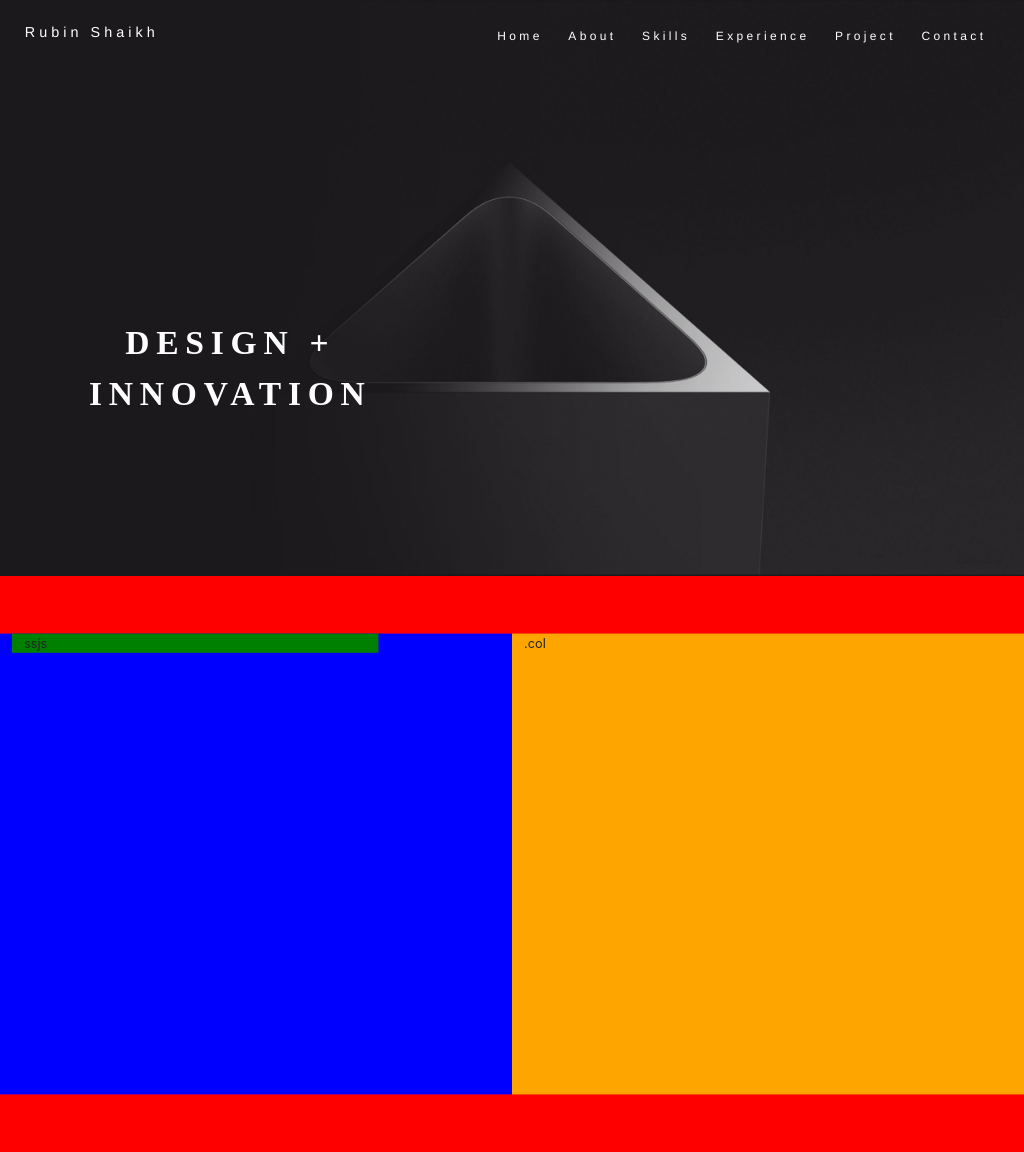
Repository: Rubin78/My-Portfolio
Page: /second
An editor plug-in stored every save of this project. The page is shown before and after a run of saves, followed by the edit.
The browser window is 1280 px wide. The pictures show the whole page, at 80% of full size.
The project was rebuilt for these pictures with package versions that can differ from the ones it lists, and the page was loaded fresh each time. Also part of the build but not shown: src/components/First/First.module.css, src/components/First/First.js, src/components/Third.js.

Above is the page before, as saved 2020-07-21 19:41:20.

After the next 2 saves:
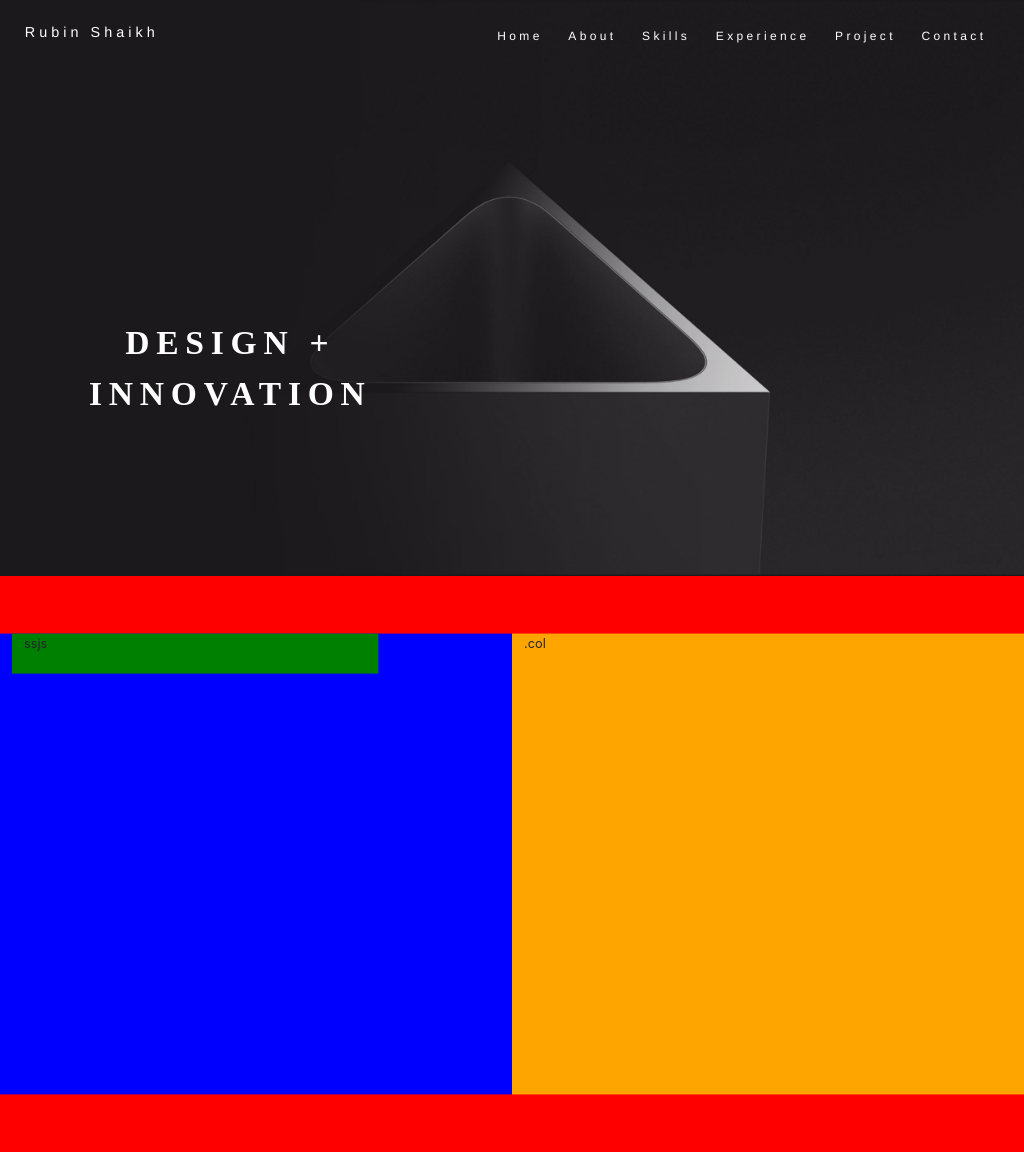
The 2 saves are shown as one change because they came seconds apart.
The last was saved 24 s later.
--- a/src/components/Second.js
+++ b/src/components/Second.js
@@ -98,7 +98,7 @@
 <Row >
         <Col md="6" sm="6" className="container2column" style={{backgroundColor:"blue"}} >
 
-          <Col sm="9" classID="container2insider" style={{backgroundColor:'green'}}>
+          <Col sm="9" classID="container2insider" style={{backgroundColor:'green',height:50}}>
             ssjs
             </Col>
         </Col>
